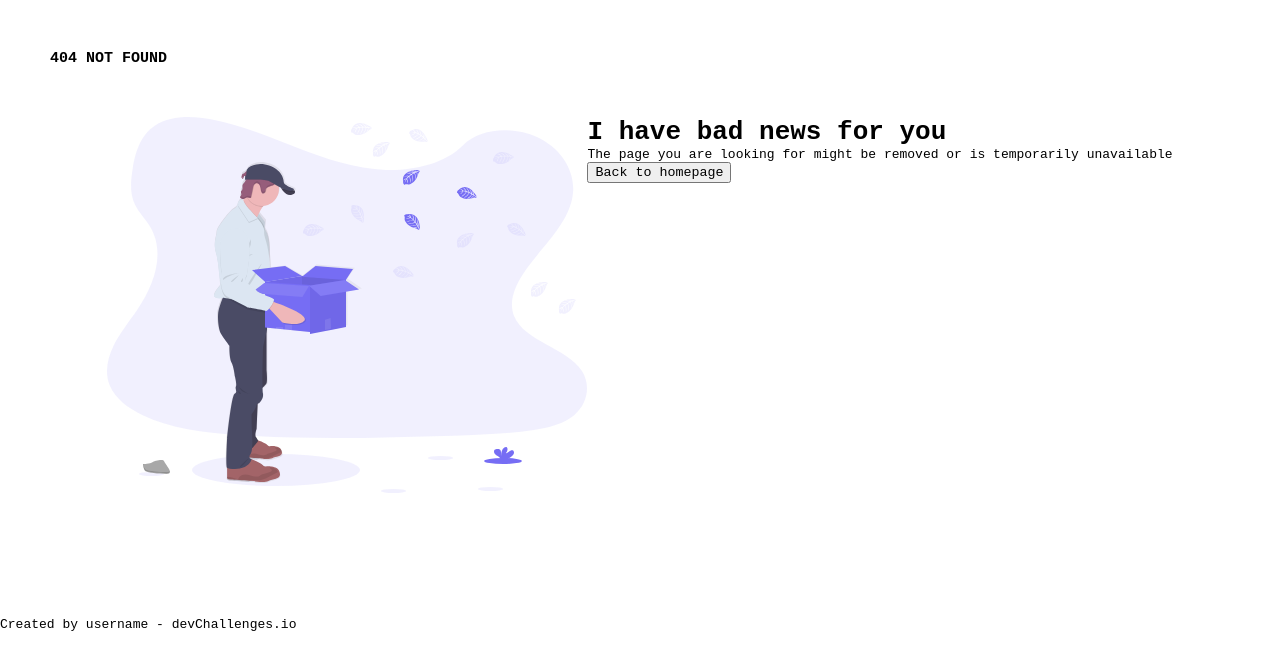
Repository: georgisenze/404-not-found-challeng
Page: index.html
The author's editor kept a copy of each file at every save. The page is drawn from the files as they stood at one save, then again after the next save.
The browser window is 1280 px wide. The pictures show the whole page.

Above is the page before, as saved 2023-02-21 06:37:50.

### index.html
<!DOCTYPE html>
<html lang="en">
<head>
    <meta charset="UTF-8">
    <meta http-equiv="X-UA-Compatible" content="IE=edge">
    <meta name="viewport" content="width=device-width, initial-scale=1.0">
    <title>404 page not found</title>
    <link rel="stylesheet" href="assets/css/style.css">
    <link
      href="https://fonts.googleapis.com/css2?family=Poppins:wght@400;500&display=swap"
      rel="stylesheet"
    />
</head>
<body>
    <div class="main">
        <header>
            <p>404 not found</p>
        </header>

        <div class="container">
            <div class="row">
                <div class="col-6">
                    <img src="assets/img/404-illustration.svg" alt="">
                </div>
                <div class="col-6">
                    <div class="col-2">
                        <h1>I have bad news for  you</h1>
                    </div>
                    <div class="col-2">
                        <p>The page you are looking for might be removed or is temporarily unavailable</p>
                    </div>
                    <div class="col-2">
                        <button>Back to homepage</button>
                    </div>
                </div>
            </div>
        </div>


        <footer>
            <p>Created by <span>username</span> - devChallenges.io </p>
        </footer>
    </div>
</body>
</html>

### assets/css/style.css
*{
    margin: 0;
    font-family: monospace;
}

.main {
    min-width: 100%;
    height: 100%;
}

header p {
    text-transform: uppercase;
    font-weight: bold;
    font-size: 15px;
    padding: 50px;
}

.container{
    display: flex;
    justify-content: center;
}

.row{
    display: flex;
    justify-content: space-around;
    height: 500px;
}

.col-6{
    width: ;
}

After the next save:
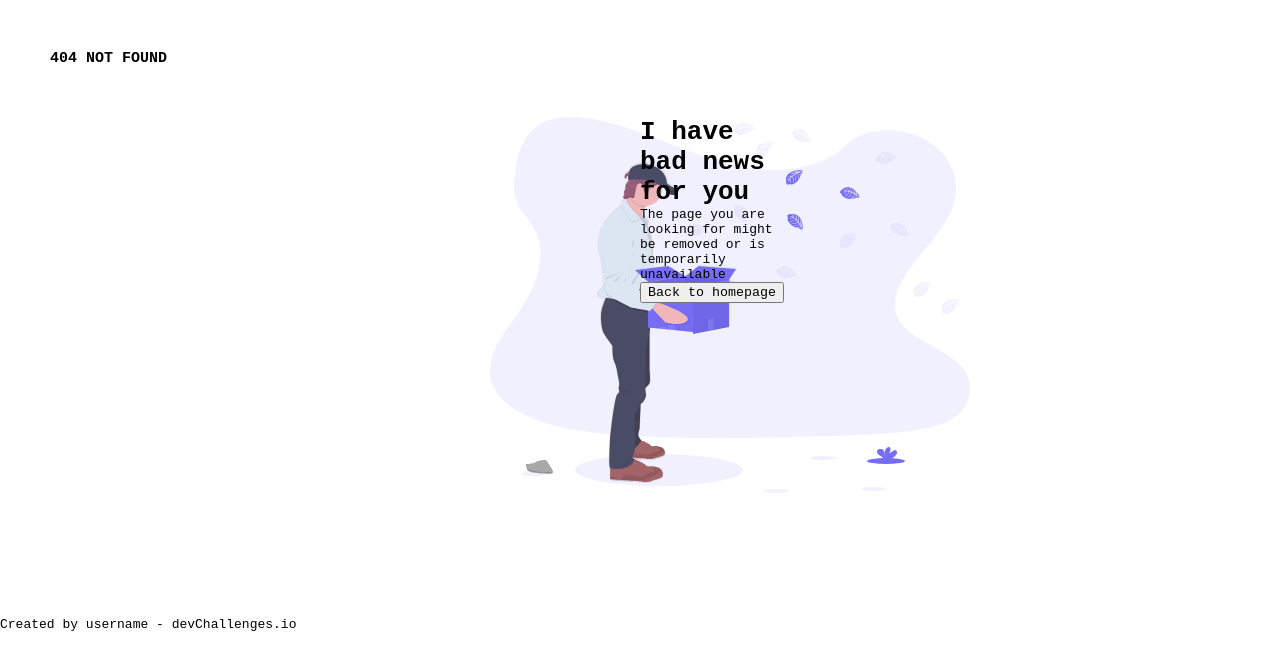
Saved 7 s later.
--- a/assets/css/style.css
+++ b/assets/css/style.css
@@ -27,5 +27,5 @@ header p {
 }
 
 .col-6{
-    width: ;
+    width: 150px;
 }
